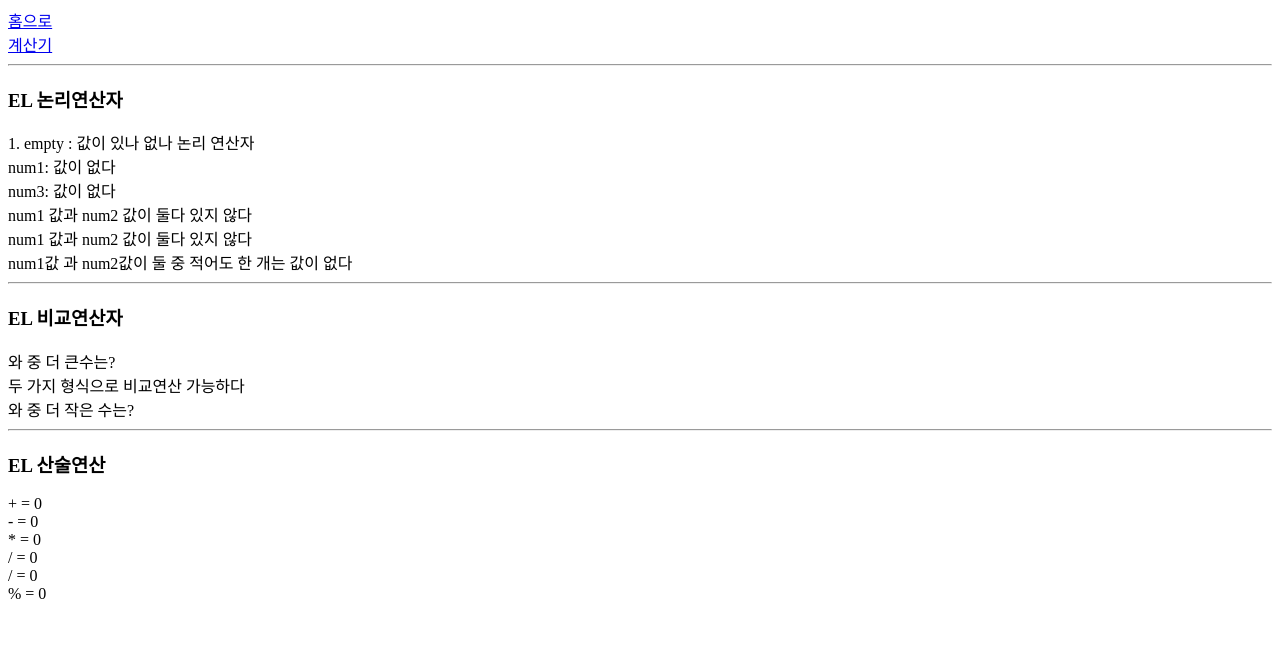
Repository: hyewoon/web
Page: http://localhost/servlet04/operator/calculator_result.jsp
The author's editor kept a copy of each file at every save. The page is drawn from the files as they stood at one save, then again after the next save.
The browser window is 1280 px wide. The pictures show the whole page.
The page is served by Tomcat 9.

Above is the page before, as saved 2022-11-17 06:30:35.

After the next save:
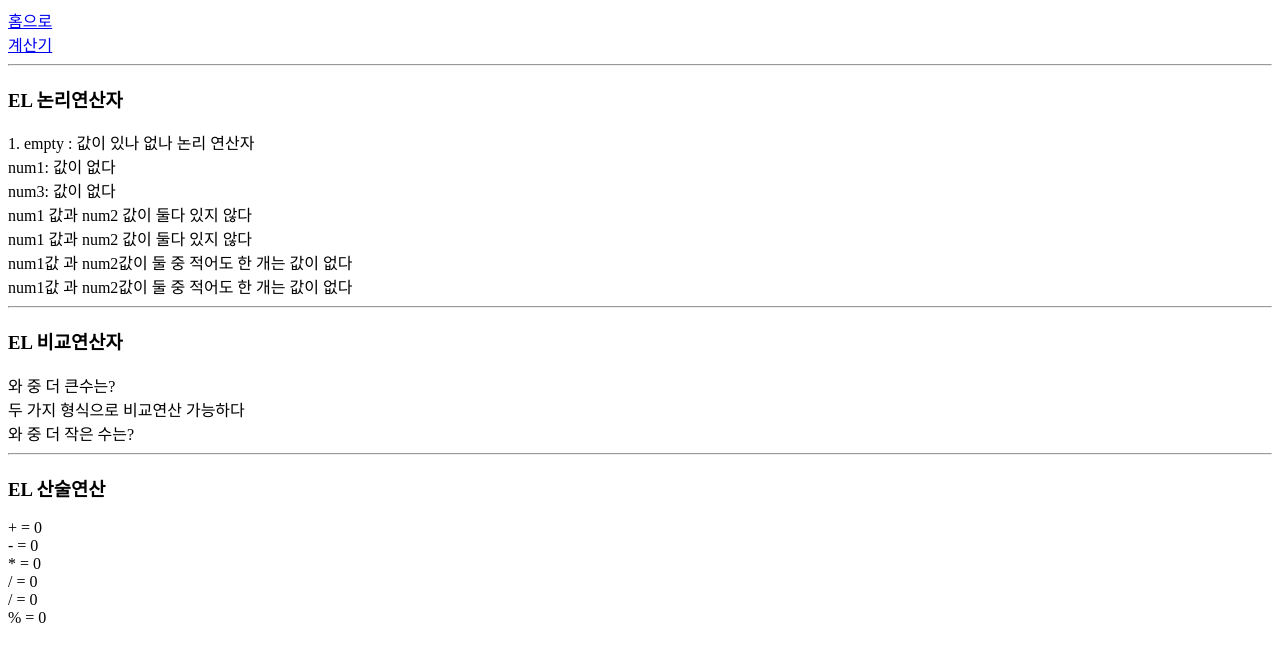
Saved 16 s later.
--- a/servlet04/src/main/webapp/operator/calculator_result.jsp
+++ b/servlet04/src/main/webapp/operator/calculator_result.jsp
@@ -20,6 +20,8 @@
 			? '둘 다 있다': '값이  둘다 있지 않다'}</div>
 <div>num1값 과 num2값이 ${empty param.num1 || empty param.num2
 			? '둘 중 적어도 한 개는 값이 없다':'둘 다 값이 있다'}</div>
+<div>num1값 과 num2값이 ${empty param.num1 or empty param.num2
+? '둘 중 적어도 한 개는 값이 없다':'둘 다 값이 있다'}</div>
 
 
 
